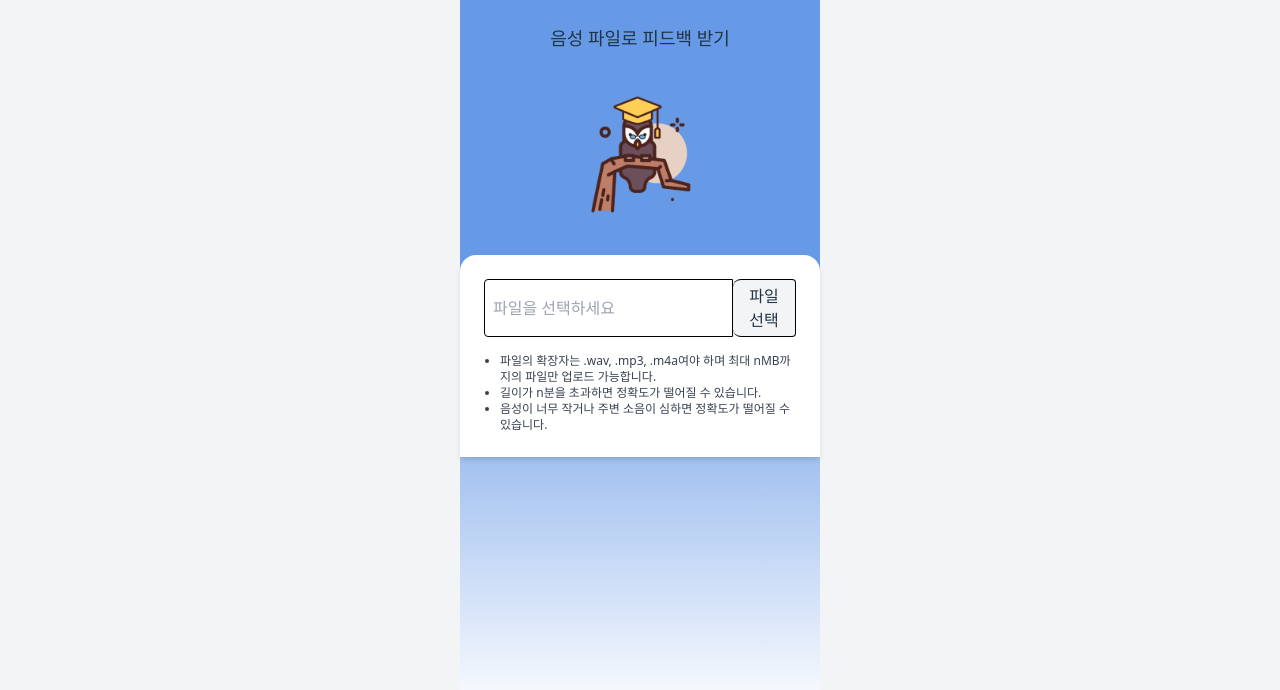
Repository: yurim1205/mini_front
Page: /file (app in frontend/)
These files come from the project's save history. The page is drawn as it stood at one moment and after the next save; the edit follows.
The browser window is 1280 px wide. The pictures show the whole page.
The project was rebuilt for these pictures with package versions that can differ from the ones it lists, and the page was loaded fresh each time. Also part of the build but not shown: frontend/vite.config.js, frontend/src/components/common/Button.jsx, frontend/src/components/buttons/fileFeedbackBtn.jsx, frontend/src/components/buttons/rec_FeedbackBtn.jsx, frontend/src/pages/home.jsx.

Above is the page before, as saved 2025-05-13 17:29:43.

### frontend/src/App.jsx
import { BrowserRouter, Routes, Route } from 'react-router-dom';
import Home from './pages/home';
import FileFeedback from './pages/fileFeedback';
import RecordFeedback from './pages/recordFeedback';

function App() {
  return (
    <BrowserRouter>
      <Routes>
        <Route path="/" element={<Home />} />
        <Route path="/file" element={<FileFeedback />} />
        <Route path="/record" element={<RecordFeedback />} />
      </Routes>
    </BrowserRouter>
  );
}

export default App;

### frontend/src/pages/fileFeedback.jsx
import React from "react";
import { useNavigate } from "react-router-dom";
import owlImg from "../assets/img/owl.png"; // 부엉이 이미지 경로에 맞게 수정

function FileUploadPage() {
  const navigate = useNavigate();

  return (
    <div className="w-screen h-screen flex justify-center items-center bg-gray-100">
      <div
        className="relative h-screen flex flex-col items-center max-w-[360px] w-full"
        style={{
          background: "linear-gradient(to bottom, #6699E6 0%, #6699E6 40%, #fff 100%)"
        }}
      >
        {/* 상단: 뒤로가기 + 타이틀 */}
        <div className="flex items-center w-full px-4 pt-6">
          {/* <button onClick={() => navigate(-1)} className="text-2xl mr-2">{'←'}</button> */}
          <span className="text-lg font-semibold mx-auto">음성 파일로 피드백 받기</span>
        </div>

        {/* 중앙: 부엉이 이미지 */}
        <img
          src={owlImg}
          alt="owl"
          className="w-32 mx-auto mt-8"
        />

        {/* 카드 박스 */}
        <div className="bg-white rounded-t-2xl shadow-md w-full px-6 py-6 mt-8 flex flex-col items-center">
          {/* 파일 업로드 영역 */}
          <div className="flex w-full mb-4">
            <input
              type="text"
              className="border border-black rounded-l px-2 py-1 flex-1"
              placeholder="파일을 선택하세요"
              readOnly
            />
            <button className="border border-black border-l-0 rounded-r px-4 py-1 bg-gray-100">
              파일 선택
            </button>
          </div>
          {/* 안내 문구 */}
          <ul className="text-xs text-gray-700 w-full list-disc pl-4">
            <li>파일의 확장자는 .wav, .mp3, .m4a여야 하며 최대 nMB까지의 파일만 업로드 가능합니다.</li>
            <li>길이가 n분을 초과하면 정확도가 떨어질 수 있습니다.</li>
            <li>음성이 너무 작거나 주변 소음이 심하면 정확도가 떨어질 수 있습니다.</li>
          </ul>
        </div>
      </div>
    </div>
  );
}

export default FileUploadPage;

### frontend/src/pages/recordFeedback.jsx
import { useNavigate } from 'react-router-dom';

function RecordFeedback() {
    const navigate = useNavigate();

    return(
df
    )
}

export default RecordFeedback;

### frontend/tailwind.config.js
/** @type {import('tailwindcss').Config} */
export default {
    content: [
      "./index.html",
      "./src/**/*.{js,ts,jsx,tsx}",
    ],
    theme: {
      extend: {
        colors:{
          'main-top': '#6699E6',
          'main-bottom': '#0A27E5',
        }
      },
    },
    plugins: [],
  }

Loaded but not shown: frontend/index.html (common file); frontend/src/main.jsx (common file); frontend/src/index.css (common file)

After the next save:
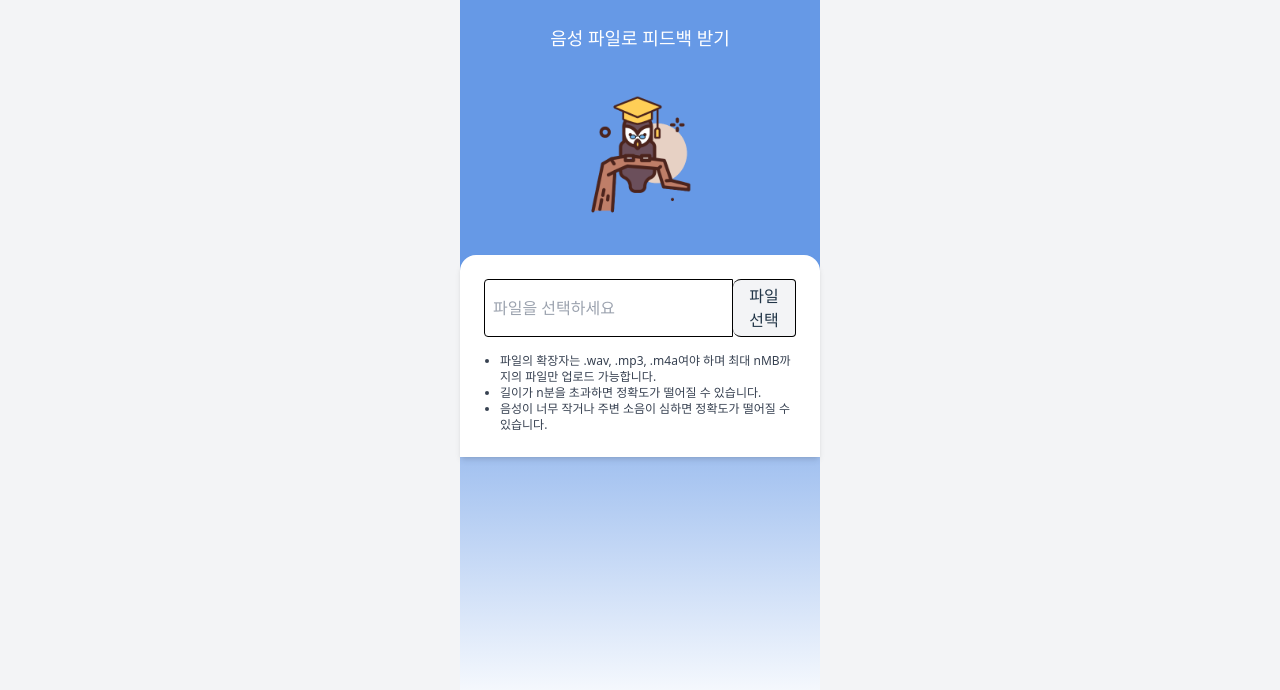
Saved 21 s later.
--- a/frontend/src/pages/fileFeedback.jsx
+++ b/frontend/src/pages/fileFeedback.jsx
@@ -16,7 +16,7 @@
         {/* 상단: 뒤로가기 + 타이틀 */}
         <div className="flex items-center w-full px-4 pt-6">
           {/* <button onClick={() => navigate(-1)} className="text-2xl mr-2">{'←'}</button> */}
-          <span className="text-lg font-semibold mx-auto">음성 파일로 피드백 받기</span>
+          <span className="text-lg font-semibold mx-auto text-white">음성 파일로 피드백 받기</span>
         </div>
 
         {/* 중앙: 부엉이 이미지 */}
